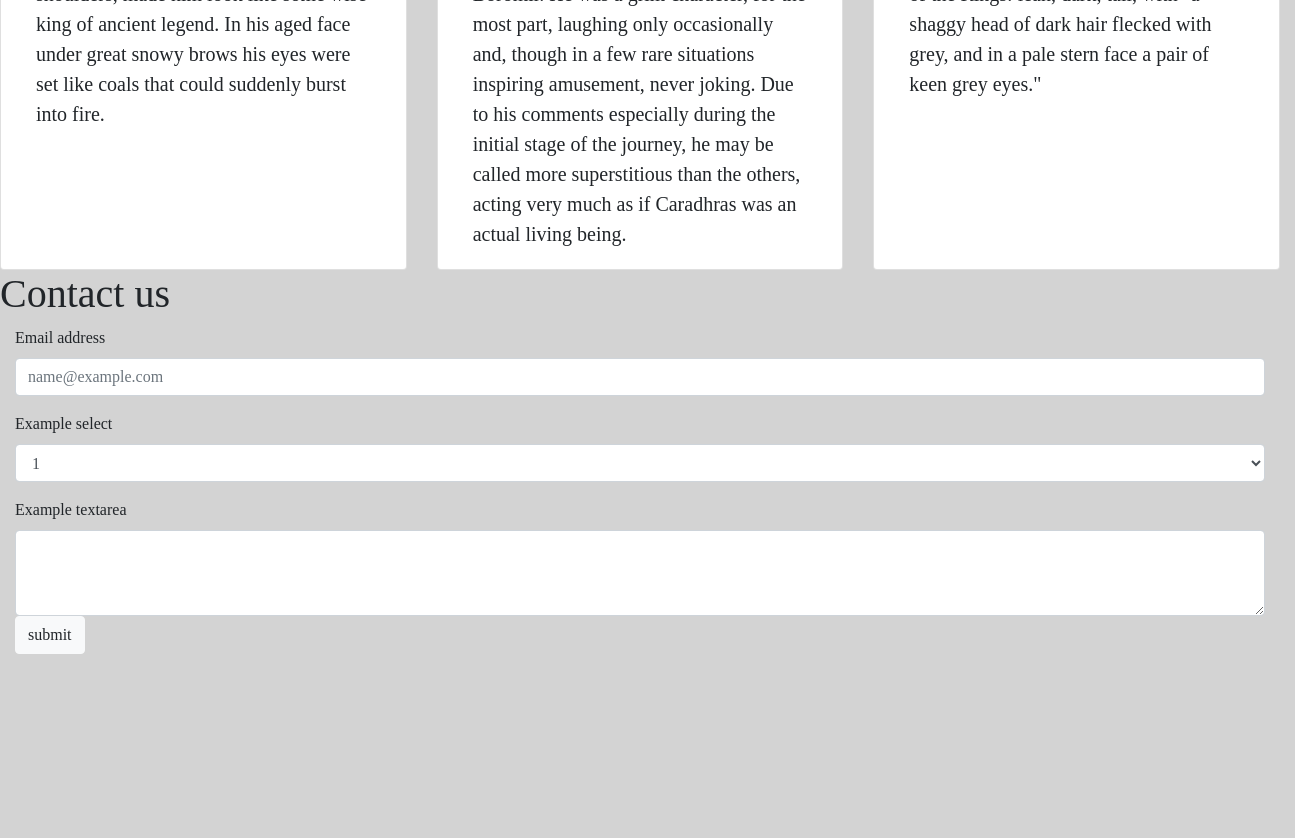
Repository: Khaleddwm/FindThePrecious
Page: index.html
The author's editor kept a copy of each file at every save. The page is drawn from the files as they stood at one save, then again after the next save.
The browser window is 1280 px wide. The page is 1295 px wide, so the pictures cover 1295 px, including what lies to the right of the window. The pictures show the part of the page from y = 1590 to 2514 px (the page is 2428 px tall before and 2514 px after).
Some web fonts or font styles are not loaded; a fallback is used.

Above is the page before, as saved 2020-05-24 16:45:13.

After the next save:
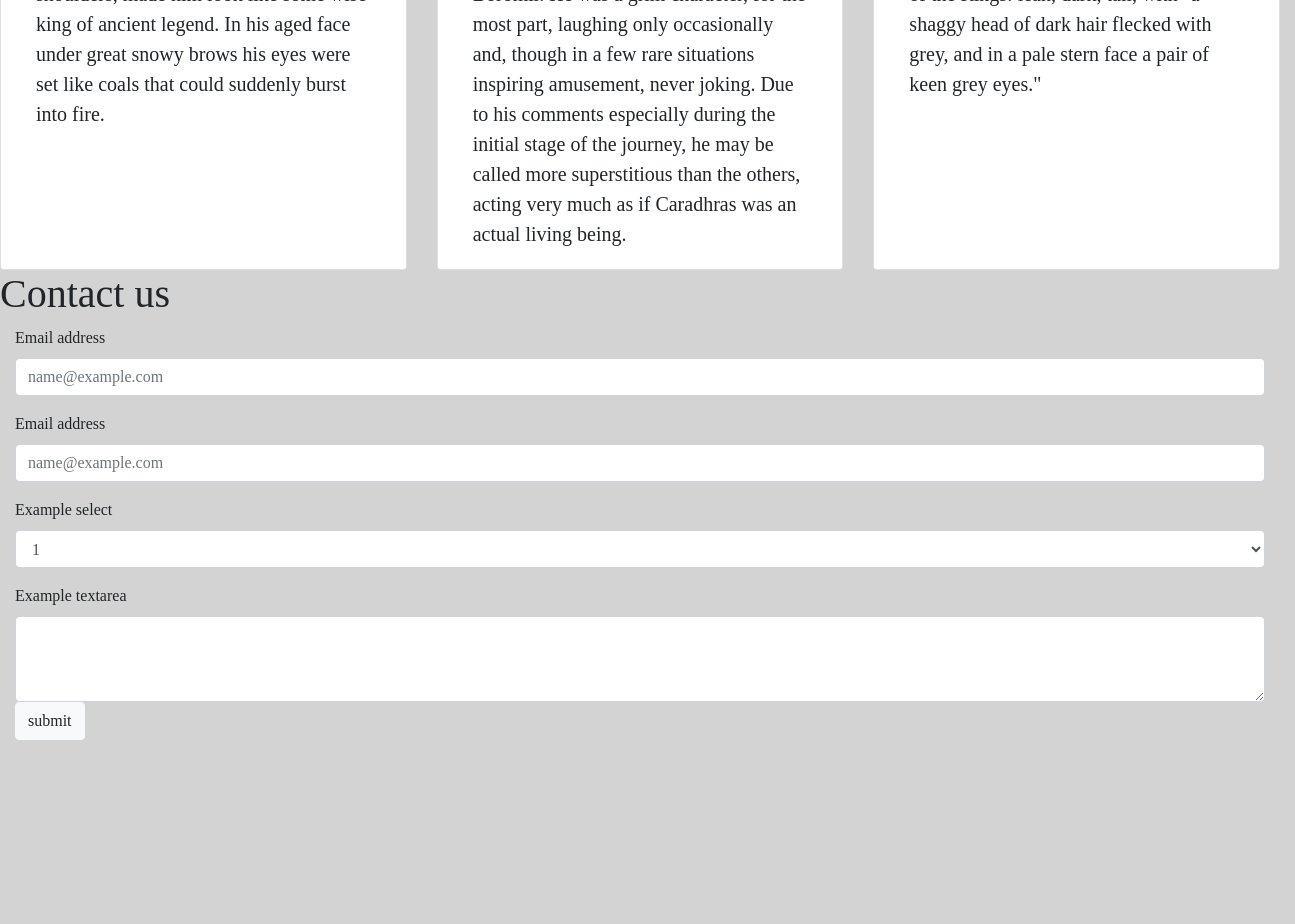
Saved 2 min 9 s later.
--- a/index.html
+++ b/index.html
@@ -109,12 +109,16 @@
         <h1>Contact us</h1>
         <form class="container-fluid">
             <div class="form-group">
-                <label for="exampleFormControlInput1">Email address</label>
-                <input type="email" class="form-control" id="exampleFormControlInput1" placeholder="name@example.com">
+                <label for="email">Email address</label>
+                <input type="email" class="form-control" id="email" placeholder="name@example.com">
             </div>
             <div class="form-group">
-                <label for="exampleFormControlSelect1">Example select</label>
-                <select class="form-control" id="exampleFormControlSelect1">
+                <label for="email">Email address</label>
+                <input type="email" class="form-control" id="email" placeholder="name@example.com">
+            </div>
+            <div class="form-group">
+                <label for="select">Example select</label>
+                <select class="form-control" id="select">
                     <option>1</option>
                     <option>2</option>
                     <option>3</option>
@@ -123,11 +127,11 @@
                 </select>
             </div>
             <div class="form">
-                <label for="exampleFormControlTextarea">Example textarea</label>
-                <textarea class="form-control" id="exampleFormControlTextarea1" rows="3"></textarea>
+                <label for="textarea">Example textarea</label>
+                <textarea class="form-control" id="textarea" rows="3"></textarea>
             </div>
-            <div class="form-group mx-auto">
-                <input type="submit" class="btn btn-light mx-auto" id="submit" value="submit">
+            <div class="form-group">
+                <input type="submit" class="btn btn-light" id="submit" value="submit">
             </div>
         </form>
     </div>
